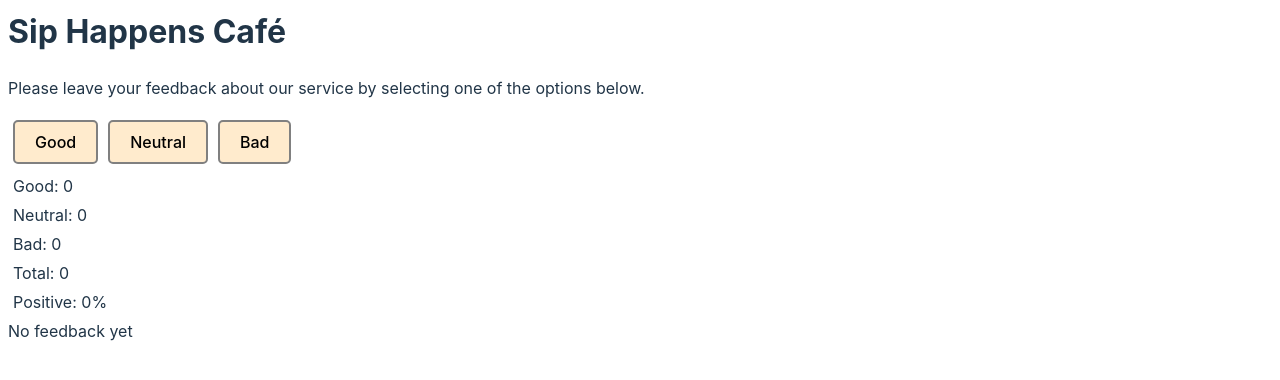
Repository: Evgeniya-Tishakova/goit-react-hw-02
Page: /
An editor plug-in stored every save of this project. The page is shown before and after the next save, followed by the edit.
The browser window is 1280 px wide. The pictures show the whole page.
The project was rebuilt for these pictures with package versions that can differ from the ones it lists, and the page was loaded fresh each time. Also part of the build but not shown: vite.config.js.

Above is the page before, as saved 2025-02-28 16:29:46.

### src/index.css
body {
  font-family: Inter, sans-serif;
  line-height: 1.5;
  font-weight: 400;
}

h1,
h2,
p {
  margin: 0;
}

ul,
ol {
  margin: 0;
  padding: 0;
}

img {
  display: block;
  max-width: 100%;
}

button {
  border-radius: 8px;
  border: 1px solid transparent;
  padding: 0.6em 1.2em;
  font-size: 1em;
  font-weight: 500;
  font-family: inherit;
  background-color: #fff;
  cursor: pointer;
  transition: border-color 0.25s;
}

button:hover {
  border-color: #646cff;
}

button:focus,
button:focus-visible {
  outline: 4px auto -webkit-focus-ring-color;
}

@media (prefers-color-scheme: light) {
  :root {
    color: #213547;
    background-color: #ffffff;
  }

  a:hover {
    color: #747bff;
  }

  button {
    /* background-color: #f9f9f9; */
  }
}

### src/components/App/App.jsx
import Feedback from "../Feedback/Feedback.jsx";
import Options from "../Options/Options.jsx";
import Description from "../Description/Description.jsx";
import { useEffect, useState } from "react";
import Notification from "../Notification/Notification.jsx";

export default function App() {
  const [rewiewType, setRewiewType] = useState({
    good: 0,
    neutral: 0,
    bad: 0,
  });

  let totalFeedback = rewiewType.bad + rewiewType.neutral + rewiewType.good;

  const updateFeedback = (key) => {
    setRewiewType({
      ...rewiewType,
      [key]: rewiewType[key] + 1,
    });
  };

  const reset = () => {
    setRewiewType({
      good: 0,
      neutral: 0,
      bad: 0,
    });
  };
  return (
    <>
      <Description />
      <Options
        updateFeedback={updateFeedback}
        reset={reset}
        isShown={totalFeedback > 0}
      />
      <Feedback rewiewType={rewiewType} totalFeedback={totalFeedback} />
      {totalFeedback <= 0 && <Notification />}
    </>
  );
}

### src/components/Feedback/Feedback.jsx
import css from "./Feedback.module.css";

export default function Feedback({
  rewiewType: { good, neutral, bad },
  totalFeedback,
}) {
  return (
    <div>
      <p className={css.descr}>Good: {good}</p>
      <p className={css.descr}>Neutral: {neutral}</p>
      <p className={css.descr}>Bad: {bad}</p>
      <p className={css.descr}>Total: {totalFeedback}</p>
      <p className={css.descr}>
        Positive:{" "}
        {((good + neutral) / (totalFeedback ? totalFeedback : 1)) * 100}%
      </p>
    </div>
  );
}

### src/components/Options/Options.jsx
import css from "./Options.module.css";

export default function Options({ updateFeedback, reset, isShown }) {
  return (
    <div>
      <ul className={css.list}></ul>
      {}
      <button className={css.button} onClick={() => updateFeedback("good")}>
        Good
      </button>
      <button className={css.button} onClick={() => updateFeedback("neutral")}>
        Neutral
      </button>
      <button className={css.button} onClick={() => updateFeedback("bad")}>
        Bad
      </button>
      {isShown && (
        <button className={css.button} onClick={() => reset()}>
          Reset
        </button>
      )}
      {}
    </div>
  );
}

### src/components/Description/Description.jsx
import css from "./Description.module.css";

export default function Description() {
  return (
    <div>
      <h1 className={css.title}>Sip Happens Café</h1>
      <p className={css.descr}>
        Please leave your feedback about our service by selecting one of the
        options below.
      </p>
    </div>
  );
}

### src/components/Notification/Notification.jsx
export default function Notification() {
  return (
    <div>
      <p>No feedback yet</p>
    </div>
  );
}

### src/components/Feedback/Feedback.module.css
.descr {
    margin: 5px;
}

### src/components/Options/Options.module.css
.button {
    border: 2px solid grey;
    padding: 10px 20px;
    background-color: blanchedalmond;
    margin: 5px;
    border-radius: 5px;
    cursor: pointer;
}

button:hover {
    background-color: #ddd;
}

button:active {
    background-color: #bbb;
}

### src/components/Description/Description.module.css
.title {
    margin-bottom: 20px;
}

.descr {
    margin-bottom: 15px;
}

Loaded but not shown: index.html (common file); src/main.jsx (common file)

After the next save:
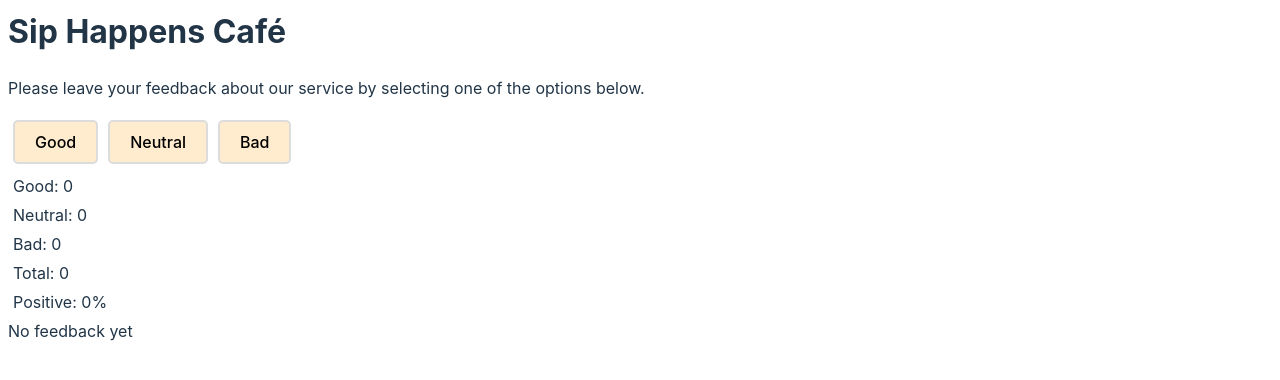
Saved 85 s later.
--- a/src/components/Options/Options.module.css
+++ b/src/components/Options/Options.module.css
@@ -1,5 +1,5 @@
 .button {
-    border: 2px solid grey;
+    border: 2px solid gainsboro;
     padding: 10px 20px;
     background-color: blanchedalmond;
     margin: 5px;
